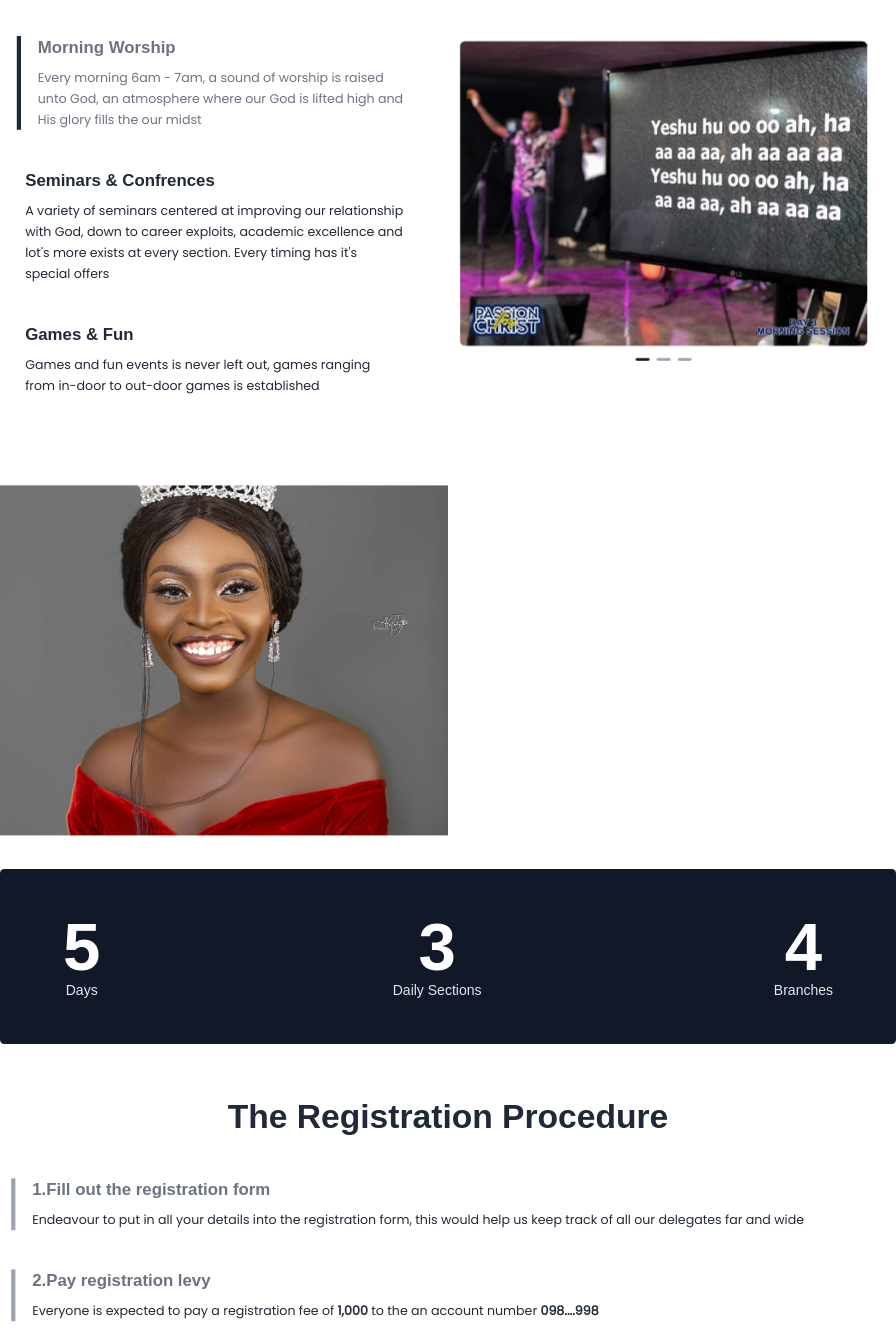
Repository: Ifenna-Pascal/user-camp-onboarding
Page: /
The author's editor kept a copy of each file at every save. The page is drawn from the files as they stood at one save, then again after the next save.
The browser window is 1280 px wide. The pictures show the part of the page from y = 1449 to 3369 px (the page is 4228 px tall), at 70% of full size.
Some web fonts or font styles are not loaded; a fallback is used. The project was rebuilt for these pictures with package versions that can differ from the ones it lists, and the page was loaded fresh each time. The framework's server and built-in components were replaced by stand-ins that run in the browser. Also part of the build but not shown: next.config.js, styles/Home.module.css.

Above is the page before, as saved 2022-11-26 11:11:19.

### pages/_app.js
import Mainlayout from "../components/layout";
import "../styles/globals.css";
import "remixicon/fonts/remixicon.css";

function MyApp({ Component, pageProps }) {
  return (
    <Mainlayout>
      <Component {...pageProps} />
    </Mainlayout>
  );
}

export default MyApp;

### components/layout/index.jsx
import React from "react";
import Footer from "./Footer";
import Nav from "./Nav";

function Mainlayout({ children }) {
  return (
    <div className="relative">
      <Nav />
      <main>{children}</main>
      <Footer />
    </div>
  );
}

export default Mainlayout;

### styles/globals.css
@import url('https://fonts.googleapis.com/css2?family=Poppins&family=Sono:wght@400;500&display=swap');
@import url('https://fonts.googleapis.com/css2?family=Montserrat&family=Source+Sans+Pro&display=swap');

* {
  padding: 0;
  margin: 0;
  box-sizing: border-box;
  scroll-behavior: smooth;
}

html,
body {
  padding: 0;
  margin: 0;
  font-family: -apple-system, BlinkMacSystemFont, Segoe UI, Roboto, Oxygen,
    Ubuntu, Cantarell, Fira Sans, Droid Sans, Helvetica Neue, sans-serif;
}

a {
  color: inherit;
  text-decoration: none;
}

* {
  box-sizing: border-box;
}

@media (prefers-color-scheme: dark) {
  html {
    color-scheme: dark;
  }
  body {
    color: white;
    background: black;
  }
}

@tailwind base;
@tailwind components;
@tailwind utilities;

### components/layout/Footer.jsx
import React from "react";

function Footer() {
  return (
    <div className="bg-gray-900 w-full h-[70px]  flex items-center justify-center">
      <p className="text-center flex items-center text-white font-sono text-xl">
        {" "}
        <span className="text-4xl mr-2">&copy;</span> YPLJ Camp Meeting 2022{" "}
      </p>
    </div>
  );
}

export default Footer;

### components/layout/Nav.jsx
import Link from "next/link";
import { useRouter } from "next/router";
import React, { useState } from "react";
import Button from "../general/Button";
import NavLink from "../general/NavLink";

function Nav() {
  const [show, setShow] = useState(false);
  const router = useRouter();
  const toggle = () => {
    setShow(!show);
  };
  return (
    <div className="lg:sticky  top-0 w-full shadow-sm mb-4 z-50 px-6 lg:px-0 bg-white">
      <nav className="w-full lg:py-6 py-5 flex items-center  lg:max-w-[1450px] lg:mx-auto justify-between">
        <Link href="/">
          {" "}
          <h1 className="font-sono text-2xl lg:text-4xl ">YEMs</h1>
        </Link>
        <ul className="lg:flex items-center hidden justify-between">
          <NavLink href="/#home" name="About Us" />
          <NavLink href="/#process" name="Process" />
          <NavLink href="/#reviews" name="Reviews" />
          <Link href="/register">
            <Button text="Register" />
          </Link>
        </ul>
        <button
          className='block md:hidden className="w-full px-2 py-1 rounded-lg text-AP-grey-200 hover:text-AP-blue-200 border-AP-grey-200 hover:border-AP-blue-400'
          onClick={toggle}
        >
          <i
            className={`${
              !show ? "ri-menu-3-fill duration-500" : "ri-close-line"
            } text-2xl text-gray-800`}
          />
        </button>
      </nav>
      <div
        className={`flex lg:hidden ${
          show
            ? "flex duration-500  flex-col items-center space-y-8 pt-2 "
            : "hidden"
        }`}
      >
        <NavLink href="/#home" name="About Us" />
        <NavLink href="/#process" name="Process" />
        <NavLink href="/#reviews" name="Reviews" />
        {router.pathname !== "/register" && (
          <Link href="/register">
            <Button text="Register" onClick={() => setShow(false)} />
          </Link>
        )}
      </div>
    </div>
  );
}

export default Nav;

### components/sections/Hero.jsx
import Link from "next/link";
import React from "react";
import Button from "../general/Button";
import HeroRight from "../general/HeroRight";

function Hero() {
  return (
    <div
      id="home"
      className="lg:h-[90vh] min-h-screen  grid grid-cols-1 lg:grid-cols-2"
    >
      <div className="w-full flex py-6 lg:py-0  lg:-mt-8 lg:items-start items-center flex-col justify-center h-full">
        <h1 className="text-3xl lg:text-6xl text-gray-800 text-center lg:text-left leading-[50px] lg:leading-[75px] font-semibold font-sono">
          Raising Agents Of Transformation
        </h1>

        <p className="text-lg lg:max-w-[600px] text-gray-700 py-2 text-center lg:text-left leading-[35px] lg:leading-[30px] font-poppins px-4 lg:px-0 lg:pr-[50px]">
          In the last days, says the Lord, I will pour out my spirit upon all
          flesh, and your <b>sons and daughters</b> shall prophesy, your old men
          shall dream dreams, shall see visions. <strong>Joel 2:28</strong>
        </p>
        <div className="mt-4">
          <Link href={"/register"}>
            {" "}
            <Button text={"Join Us"} />
          </Link>
        </div>
      </div>
      <div className="lg:p-4 w-[97%]   h-full mx-auto lg:w-full">
        {" "}
        <HeroRight />{" "}
      </div>
    </div>
  );
}

export default Hero;

### components/sections/Numerics.jsx
import React from "react";
import CountUp from "react-countup";
function Numerics() {
  return (
    <div className="bg-gray-900 rounded-md px-3 lg:px-0 flex lg:flex-row flex-col justify-center my-12 min-h-[600px] lg:min-h-[250px] w-full">
      <div className="lg:max-w-[1100px] flex lg:flex-row flex-col lg:items-center w-full justify-between mx-auto">
        <Numeric figure={5} text="Days" />
        <Numeric figure={3} text="Daily Sections" />
        <Numeric figure={4} text="Branches" />
      </div>
    </div>
  );
}

export default Numerics;

const Numeric = ({ figure, text }) => (
  <div className="flex flex-col cursor-pointer mb-12 lg:mb-0 items-center">
    <h1 className="text-white hover:scale-[1.3] hover:mb-2 duration-500 font-sono font-semibold text-8xl">
      <CountUp
        end={figure}
        duration={2.75}
        useEasing
        enableScrollSpy
        scrollSpyDelay={1}
      />
    </h1>
    <p className="text-center font-sono text-xl text-gray-200">{text}</p>
  </div>
);

### components/sections/Reviews.jsx
import React from "react";
import Header from "../general/Header";
import ReviewCarousel from "../general/ReviewCarousel";

function Reviews() {
  return (
    <div className="mb-24" id="reviews">
      <Header
        header={"What The People Say..."}
        // content="Lorem ipsum dolor sit amet consectetur adipisicing elit. Culpa saepe iusto nisi! Nostrum tempore consequatur rerum! Cumque sequi tenetur ea! Impedit delectus facere est cupiditate, voluptatibus adipisci ipsum consectetur beatae."
      />
      <ReviewCarousel />
    </div>
  );
}

export default Reviews;

### components/sections/Speech.jsx
/* eslint-disable @next/next/no-img-element */
import React from "react";

function Speech() {
  let p = `  I welcome all to Young People Love Jesus camp meeting 2022. It's
    beautiful and exciting to know that we have people in the room whom
    it's their first time of being here. If you're new today, we want to
    extend to you a special welcome. Young people Love Jesus camp meeting
    is an annual programme geared towards bringing young people all over
    the world together, leading them through the process of salvation by
    the help of the Holy Spirit (for those who haven't experienced this),
    passing them through teachings and training made to equip them for the
    days ahead, and helping them through Christ fulfill their purposes.
    The theme for this year - Agents of Transformation - has kept me
    bubbling with excitement and earnest expectation as to what this
    year's camp meeting holds for us and I can't wait to take hold of the
    prophesies and words from God for me and I hope it's same with you?
    The Lord is about to take us to a new level, are you ready for it?
    Like our Daddy, Apostle Uche S. Nick would say, With Jesus joy in my
    heart,I say once again, you're welcome!`;
  return (
    <div className="grid grid-cols-1 lg:grid-cols-2 pt-12 items-center justify-center ">
      <div className="w-full -mt-8  h-[500px]">
        <img
          src="/assets/miss.jpg"
          alt="campFlyer"
          className="w-full h-full object-center object-cover"
        />
      </div>
      <div>
        <p className="text-left block text-lg font-poppins  leading-[30px] text-gray-500 p-4">
          {}
        </p>
      </div>
    </div>
  );
}

export default Speech;

### components/sections/Steps.jsx
import React from "react";
import Header from "../general/Header";

const Payment = () => (
  <p>
    Everyone is expected to pay a registration fee of <strong>1,000</strong> to
    the an account number <strong>098....998</strong>
  </p>
);

function Steps() {
  return (
    <div className="flex items-start my-6 mx-4 flex-col">
      <Header header="The Registration Procedure " />
      <StepProcess
        header="1.Fill out the registration form"
        content="Endeavour to put in all your details into the registration form, this would help us keep track of all our delegates far and wide"
      />
      <StepProcess header="2.Pay registration levy" content=<Payment /> />
      <StepProcess
        header="3.Send out proof of payment"
        content={`Send proof of payment to the specified whatsApp contact `}
      />{" "}
    </div>
  );
}

export default Steps;

const StepProcess = ({ header, content }) => {
  return (
    <div
      className={`
        border-l-[6px] block pl-6
      mb-14 duration-500 border-gray-400 lg:pr-16`}
    >
      <h1
        className={`font-sono mb-3
          text-gray-500
        text-2xl block font-semibold`}
      >
        {header}
      </h1>
      <p
        className={`block text-lg font-poppins  leading-[30px]
           text-gray-800
        `}
      >
        {content}
      </p>
    </div>
  );
};

### components/general/Button.jsx
import React from "react";

function Button({ text, ...rest }) {
  return (
    <button
      className="bg-gray-800 px-12 py-3 hover:bg-white hover:text-black hover:border hover:border-black duration-500 hover:ease-in-out text-white font-sono text-xl"
      {...rest}
    >
      {text}
    </button>
  );
}

export default Button;

### components/general/NavLink.jsx
import Link from "next/link";
import React from "react";

function NavLink({ href, name }) {
  return (
    <Link href={href}>
      <span className="text-black px-4 text-xl font-sono mr-6 font-500">
        {name}
      </span>
    </Link>
  );
}

export default NavLink;

### components/general/HeroRight.jsx
/* eslint-disable @next/next/no-img-element */
import React from "react";

function HeroRight() {
  return (
    <div className="grid grid-cols-3 lg:px-8   mt-8 lg:my-0 pr-0  max-h-[700px] w-full gap-2 grid-rows-6">
      <div class="w-full row-start-1 row-span-3">
        <img
          src="/assets/camping20.jpg"
          alt="Photo by Claudio Schwarz on Unsplash"
          class="inset-0 h-full w-full object-cover object-center  rounded-lg  "
        />
      </div>
      <div class="w-full row-start-4  col-span-1 col-start-1 row-end-6">
        <img
          src="/assets/camp5.jpg"
          alt="Photo by Claudio Schwarz on Unsplash"
          class="inset-0 h-full w-full object-cover object-center  rounded-lg  "
        />
      </div>
      {/* <div className="grid  gap-y-4 h-full w-full h-full row-span-5  col-span-1"> */}
      <div className="row-start-1  w-full row-span-1 col-start-2 col-span-1">
        {/* <ImageBox color="bg-red-400" /> */}
        <img
          src="/assets/camp6.jpg"
          alt="Photo by Claudio Schwarz on Unsplash"
          class="inset-0 h-full w-full object-cover object-center  rounded-lg  "
        />
      </div>
      <div className="row-start-2 row-span-3  w-full col-start-2 col-span-1">
        <img
          src="/assets/camp13.jpg"
          alt="Photo by Claudio Schwarz on Unsplash"
          class="inset-0 h-full w-full object-cover object-center  rounded-lg  "
        />
      </div>
      <div className="row-start-5  w-full  row-span-1 col-start-2 col-span-1">
        <img
          src="/assets/camp3.jpg"
          alt="Photo by Claudio Schwarz on Unsplash"
          class="inset-0 h-full w-full object-cover object-center  rounded-lg  "
        />
      </div>
      <div className="col-start-3  row-span-2">
        <img
          src={"/assets/camp11.jpg"}
          alt="Photo by Claudio Schwarz on Unsplash"
          class="inset-0 h-full w-full object-cover object-center bg-center  rounded-lg  "
        />
      </div>
      <div className="col-start-3  row-start-3 row-span-3">
        <img
          src={"/assets/camp10.jpg"}
          alt="Photo by Claudio Schwarz on Unsplash"
          class="inset-0 h-full w-full object-cover object-center bg-center  rounded-lg  "
        />
      </div>
    </div>
  );
}

export default HeroRight;

const ImageBox = ({ color }) => {
  return (
    <div className={`w-full h-full bg-red  rounded-lg-lg ${color}`}>
      <img
        src="https://images.unsplash.com/photo-1539183204366-63a0589187ab?ixlib=rb-4.0.3&ixid=MnwxMjA3fDB8MHxzZWFyY2h8MTh8fGNhbXBpbmd8ZW58MHx8MHx8&auto=format&fit=crop&w=600&q=60"
        alt="image"
        className=" rounded-lg-lg"
      />
    </div>
  );
};

### components/general/Carousel.jsx
/* eslint-disable jsx-a11y/alt-text */
/* eslint-disable @next/next/no-img-element */
import Slider from "react-slick";
import "slick-carousel/slick/slick.css";
import "slick-carousel/slick/slick-theme.css";
import useSetting from "../hooks/useSetting";

const Carousel = ({ setCurrent, current }) => {
  const { settings } = useSetting(current, setCurrent);
  const images = ["/assets/camp7.jpg", "/assets/camp4.jpg", "/assets/camp.jpg"];
  return (
    <div>
      <Slider {...settings}>
        {images.map((image, i) => (
          <div key={i} className={` h-full w-full`}>
            <img
              src={image}
              className={`object-cover  object-center rounded-lg w-full  h-[50%] `}
            />
          </div>
        ))}
      </Slider>
    </div>
  );
};

export default Carousel;

### components/general/Header.jsx
import React from "react";

function Header({ header, content }) {
  return (
    <div className="flex flex-col px-2 lg:px-0 lg:max-w-[1000px] mx-auto items-center justify-center py-6 lg:py-8">
      <h1 className="text-gray-800 text-center lg:text-left text-2xl lg:text-5xl font-semibold font-sono block ">
        {header}
      </h1>
      <p className="block text-base  lg:text-lg text-center font-poppins text-gray-800 leading-[30px] py-2 lg:py-4">
        {content}
      </p>
    </div>
  );
}

export default Header;

### components/general/ReviewCarousel.jsx
/* eslint-disable jsx-a11y/alt-text */
/* eslint-disable @next/next/no-img-element */
import Slider from "react-slick";
import "slick-carousel/slick/slick.css";
import "slick-carousel/slick/slick-theme.css";
import { useState } from "react";
// import useDeviceSize from "../hooks/mediaHook";
import ReviewCard from "./ReviewCard";

const ReviewCarousel = () => {
  //   const [width] = useDeviceSize();
  const [current, setCurrent] = useState(false);
  const settings = {
    className: "center",
    autoplay: true,
    infinite: true,
    slidesToShow: 2,
    arrows: false,
    slideToScrool: 2,
    lazyLoad: true,
    focusOnSelect: true,
    draggable: true,
    dots: true,
    autoplaySpeed: 5000,
    speed: 2000,
    afterChange: (current) => setCurrent(current),
    customPaging: (i) => (
      <div
        className={`w-[25px]  mt-8 h-[4px] rounded-[10px] ${
          current === i ? "bg-black" : "bg-gray-300"
        }`}
      ></div>
    ),
    responsive: [
      {
        breakpoint: 450,
        settings: {
          autoplay: true,
          centerMode: false,
          //   vertical: true,
          infinite: true,
          //   centerPadding: "60px",
          slidesToShow: 1,
          slideToScroll: 1,
          arrows: false,
          draggable: true,
          dots: true,
          autoplaySped: 1000,
          speed: 500,
          beforeChange: (current) => setCurrent(current),
          customPaging: (i) => (
            <div
              className={`w-[20px]  mt-4 h-[4px] rounded-[10px] ${
                current === i ? "bg-gray-900" : "bg-gray-400"
              }`}
            ></div>
          ),
        },
      },
    ],
  };

  return (
    <div className="max-w-[1100px] mx-auto">
      <Slider {...settings}>
        <ReviewCard
          name="PSt Godswill"
          role="Enugu Branch"
          src={
            "https://images.unsplash.com/photo-1506794778202-cad84cf45f1d?ixlib=rb-4.0.3&ixid=MnwxMjA3fDB8MHxzZWFyY2h8M3x8bWVufGVufDB8fDB8fA%3D%3D&auto=format&fit=crop&w=600&q=60"
          }
        />
        <ReviewCard
          name={"Chidera Ede"}
          role="Lagos Branch"
          src="https://images.unsplash.com/photo-1595152452543-e5fc28ebc2b8?ixlib=rb-4.0.3&ixid=MnwxMjA3fDB8MHxzZWFyY2h8Mnx8bWVuJTIwcG9ydHJhaXR8ZW58MHx8MHx8&auto=format&fit=crop&w=600&q=60"
        />
        <ReviewCard
          name="PSt Godswill"
          role="Enugu Branch"
          src="https://images.unsplash.com/photo-1560250097-0b93528c311a?ixlib=rb-4.0.3&ixid=MnwxMjA3fDB8MHxwaG90by1wYWdlfHx8fGVufDB8fHx8&auto=format&fit=crop&w=387&q=80"
        />
        <ReviewCard
          name={"Chidera Ede"}
          role="Lagos Branch"
          src={
            "https://images.unsplash.com/photo-1624395213043-fa2e123b2656?ixlib=rb-4.0.3&ixid=MnwxMjA3fDB8MHxzZWFyY2h8OXx8bWVuJTIwcG9ydHJhaXR8ZW58MHx8MHx8&auto=format&fit=crop&w=600&q=60"
          }
        />
      </Slider>
    </div>
  );
};

export default ReviewCarousel;

### components/hooks/useSetting.jsx
import React from "react";

function useSetting(current, setCurrent) {
  const settings = {
    className: "center",
    autoplay: true,
    // centerMode: true,
    infinite: true,
    // centerPadding: "60px",
    slidesToShow: 1,
    arrows: false,
    slideToScrool: 1,
    lazyLoad: true,
    vertical: true,
    focusOnSelect: true,
    draggable: true,
    dots: true,
    autoplaySpeed: 5000,
    speed: 2000,
    beforeChange: (current) => setCurrent(current),
    customPaging: (i) => (
      <div
        className={`w-[20px]  mt-4 h-[4px] rounded-[10px] ${
          current === i ? "bg-gray-900" : "bg-gray-400"
        }`}
      ></div>
    ),
    responsive: [
      {
        breakpoint: 450,
        settings: {
          autoplay: true,
          centerMode: false,
          vertical: true,
          infinite: true,
          slidesToShow: 1,
          slideToScroll: 1,
          arrows: false,
          draggable: true,
          dots: true,
          autoplaySpeed: 5000,
          speed: 2000,
          beforeChange: (current) => setCurrent(current),
          customPaging: (i) => (
            <div
              className={`w-[20px]  mt-4 h-[4px] rounded-[10px] ${
                current === i ? "bg-gray-900" : "bg-gray-400"
              }`}
            ></div>
          ),
        },
      },
    ],
  };
  return { settings };
}

export default useSetting;

### components/general/ReviewCard.jsx
/* eslint-disable jsx-a11y/alt-text */
/* eslint-disable @next/next/no-img-element */
import React from "react";

function ReviewCard({ name, role, src }) {
  return (
    <div className="min-w-[300px] relative  mx-4 min-h-[300px] flex shadow-md">
      <div className="flex absolute top-2 left-2 py-2">
        <i className="ri-single-quotes-r text-5xl text-gray-300 font-semibold"></i>
        <i className="ri-single-quotes-r text-5xl -ml-5  text-gray-300 font-semibold"></i>
      </div>
      <div className="flex flex-col relative pt-16 pb-6 px-5">
        <p className="py-4 font-poppins text-basev text-gray-600">
          Lorem ipsum dolor sit amet, consectetur adipisicing elit. Rem
          laudantium perferendis voluptas ipsa ea corrupti iure nulla repellat
          soluta praesentium quae pariatur quaerat a eligendi, illo dicta!
          Veniam quas iusto ex laudantium error aut, quisquam beatae, doloribus,
          ipsa odit ducimus.
        </p>
        <div className="flex flex-col w-full">
          <div className="w-[60px] mt-3 h-[60px]">
            <img
              className="w-full rounded-[50%] object-center object-cover bg-center bg-cover h-full"
              src={src}
            />
          </div>
          <h1 className="font-sono pt-2 text-lg font-semibold">{name}</h1>
          <p className="text-base font-sono text-gray-600">{role}</p>
        </div>
      </div>
    </div>
  );
}

export default ReviewCard;

Loaded but not shown: pages/index.js (28 lines, source omitted); tailwind.config.js (18 lines, source omitted); components/sections/HowItWorks.jsx (123 lines, source omitted); components/sections/CountDown.jsx (94 lines, source omitted)

After the next save:
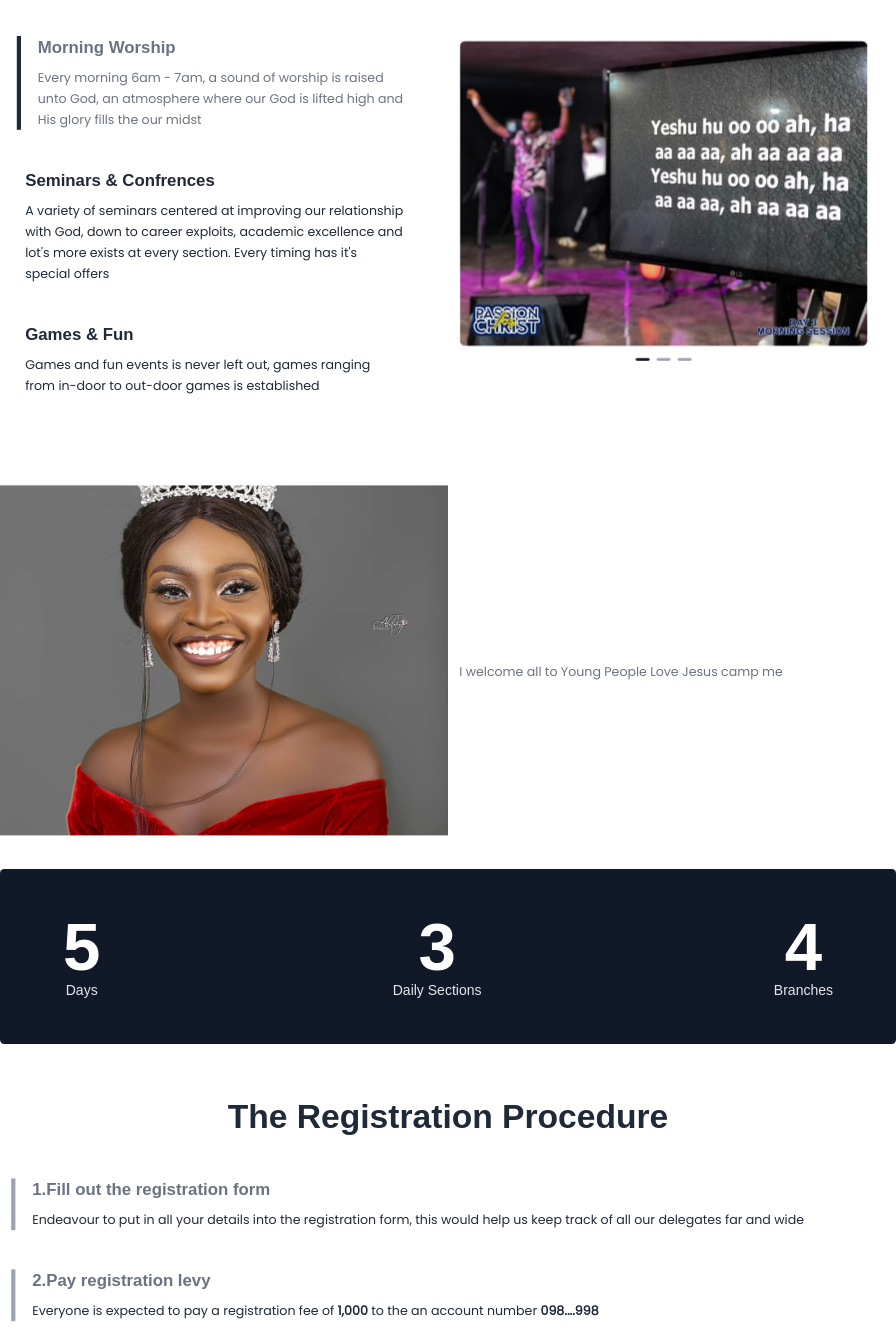
Saved 38 s later.
--- a/components/sections/Speech.jsx
+++ b/components/sections/Speech.jsx
@@ -29,7 +29,7 @@ function Speech() {
       </div>
       <div>
         <p className="text-left block text-lg font-poppins  leading-[30px] text-gray-500 p-4">
-          {}
+          {p.substring(0, 50)}
         </p>
       </div>
     </div>
